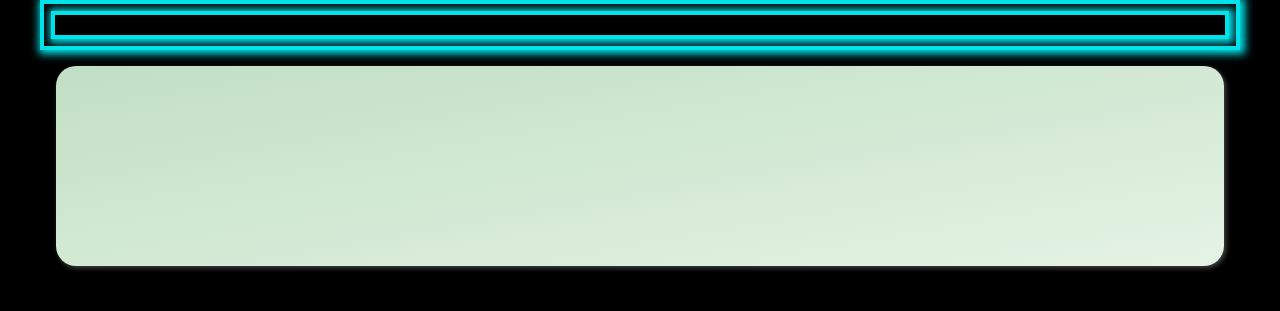
Repository: KhangNguyen3006/WebUI-UX
Page: /
An editor plug-in stored every save of this project. The page is shown before and after the next save, followed by the edit.
The browser window is 1280 px wide. The pictures show the whole page.
The project was rebuilt for these pictures with package versions that can differ from the ones it lists, and the page was loaded fresh each time. Also part of the build but not shown: src/App.css.

Above is the page before, as saved 2023-05-03 23:52:26.

After the next save:
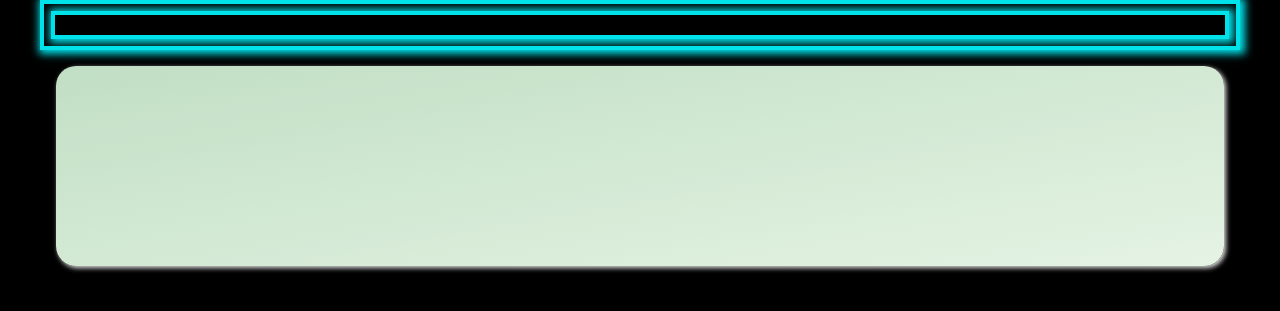
Saved 5 s later.
--- a/src/assets/css/Home.css
+++ b/src/assets/css/Home.css
@@ -13,7 +13,7 @@
 .rectangle-linear-gradient {
     height: 200px;
     border-radius: 20px;
-    box-shadow: 2px 2px 5px rgba(225, 225, 225, 0.3);
+    box-shadow: 2px 2px 5px rgba(225, 225, 225, 1);
 
     background-image: linear-gradient(to bottom right, #C1DFC4, #E5F3E4);
 }
